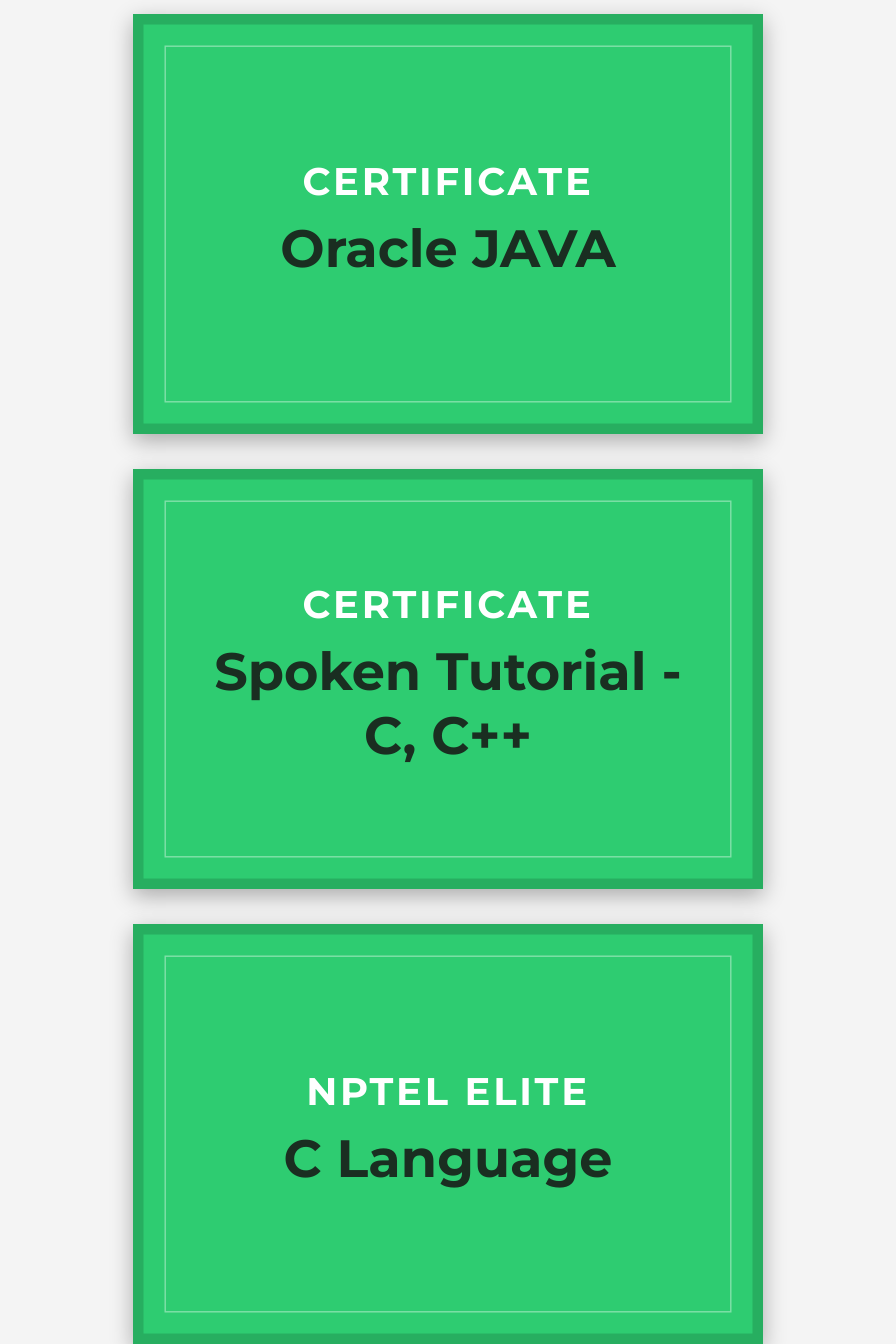
Repository: Priyadharshini-J-CSE/Priyadharshini-J-Portfolio
Page: index2.html
The author's editor kept a copy of each file at every save. The page is drawn from the files as they stood at one save, then again after a run of saves.
The browser window is 1280 px wide. The pictures show the part of the page from y = 0 to 1920 px (the page is 2640 px tall), at 70% of full size.
Some web fonts or font styles are not loaded; a fallback is used.

Above is the page before, as saved 2026-01-23 21:05:53.

After the next 2 saves:
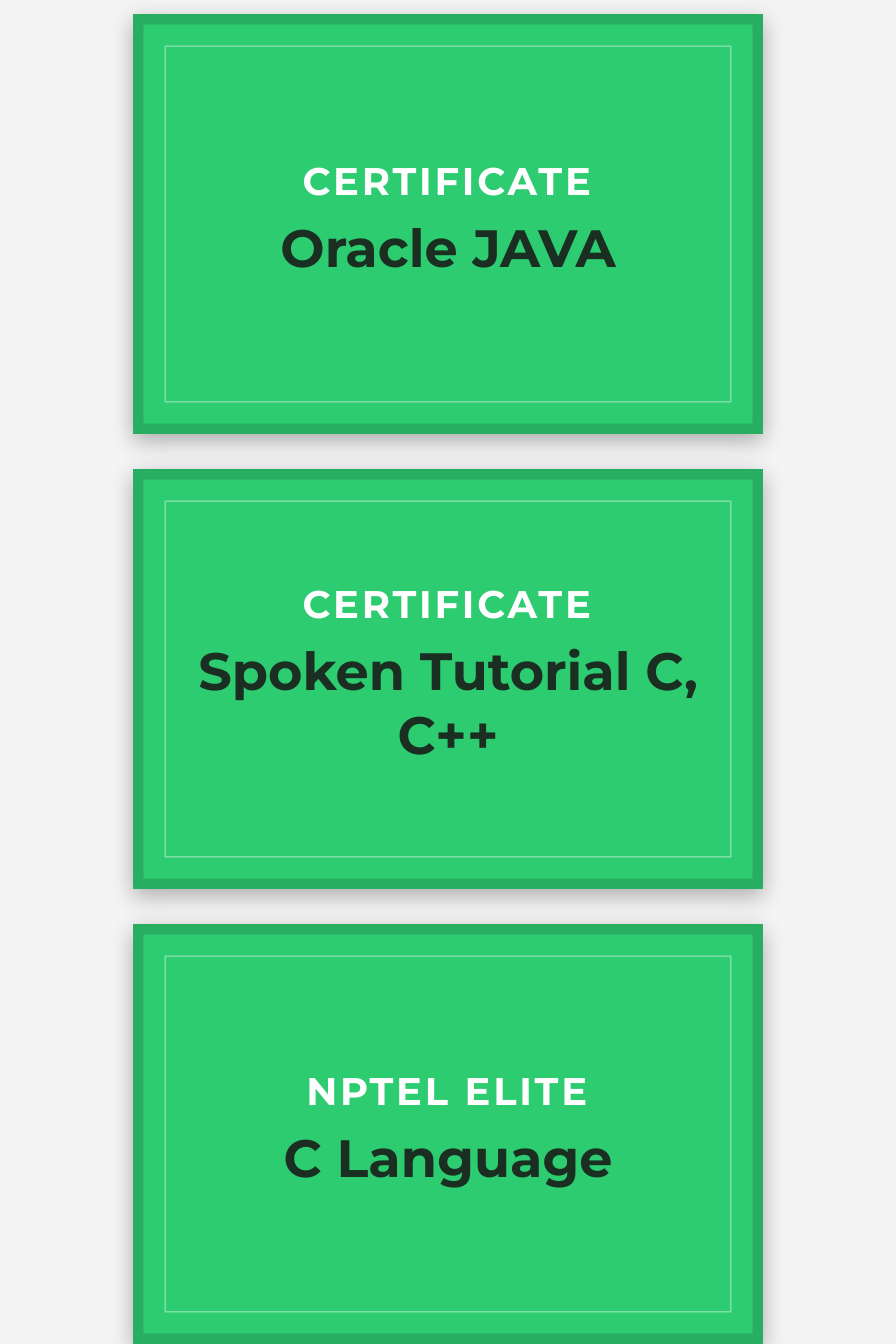
The 2 saves are shown as one change because they came seconds apart.
The last was saved 8 s later.
--- a/index2.html
+++ b/index2.html
@@ -76,7 +76,7 @@
         <div class="inner-frame">
            <h1 class="header">Certificate</h1>
 
-            <div class="course-title">Spoken Tutorial - C, C++</div>
+            <div class="course-title"> Spoken Tutorial  C, C++</div>
 
 
         </div>
